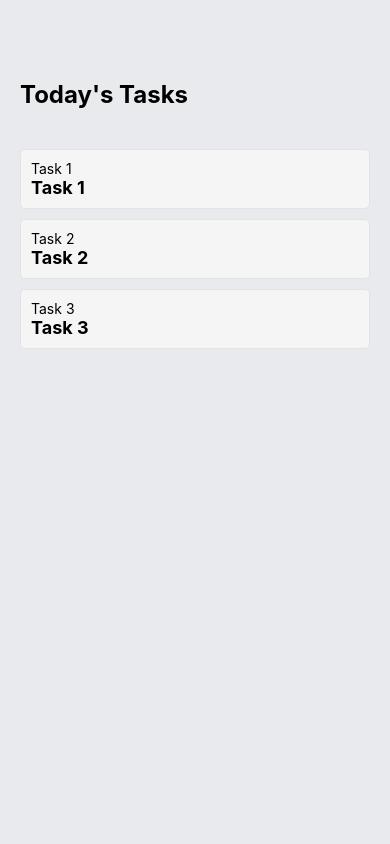
Repository: lomelo-x/ToDo-App
Screen: /
These files come from the project's save history. The screen is drawn as it stood at one moment and after the next save; the edit follows.
The app was drawn by React Native's web renderer in a window 390 px wide. The project was rebuilt for these pictures with package versions that can differ from the ones it lists, and the page was loaded fresh each time.

Above is the screen before, as saved 2022-06-17 19:38:27.

After the next save:
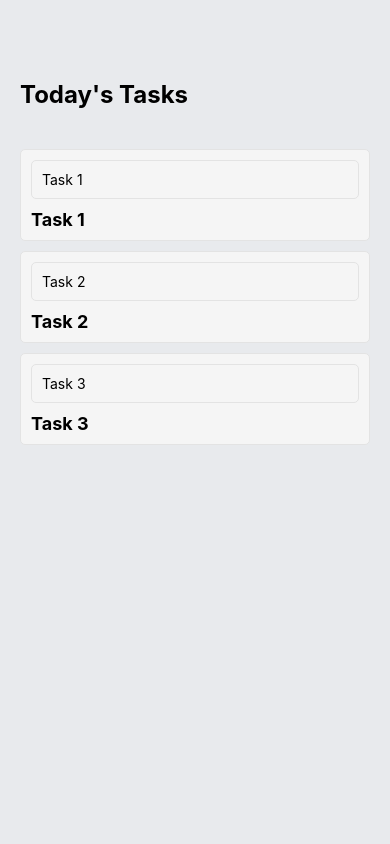
Saved 11 s later.
--- a/components/Task.js
+++ b/components/Task.js
@@ -4,7 +4,7 @@
 const Task = ({text}) => {
 	return (
 		<View style={styles.task}>
-			<View style={styles.taskText}>
+			<View style={styles.task}>
 				<Text>{text}</Text>
 			</View>
 			<Text style={styles.taskText}>{text}</Text>

After the save that followed:
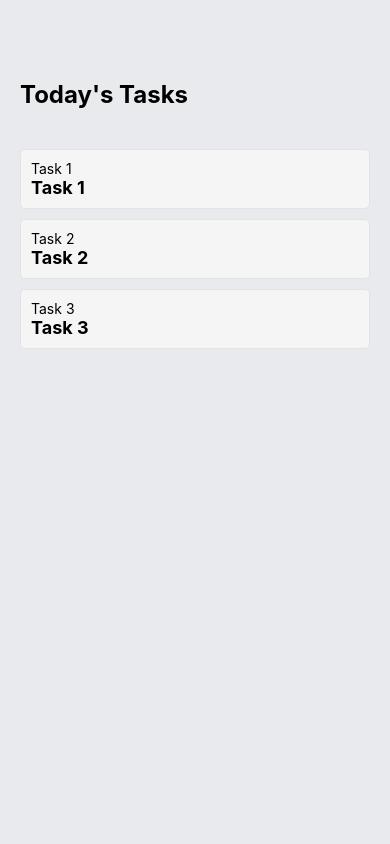
Saved 4 s later.
--- a/components/Task.js
+++ b/components/Task.js
@@ -4,7 +4,7 @@
 const Task = ({text}) => {
 	return (
 		<View style={styles.task}>
-			<View style={styles.task}>
+			<View style={styles.taskLeft}>
 				<Text>{text}</Text>
 			</View>
 			<Text style={styles.taskText}>{text}</Text>
